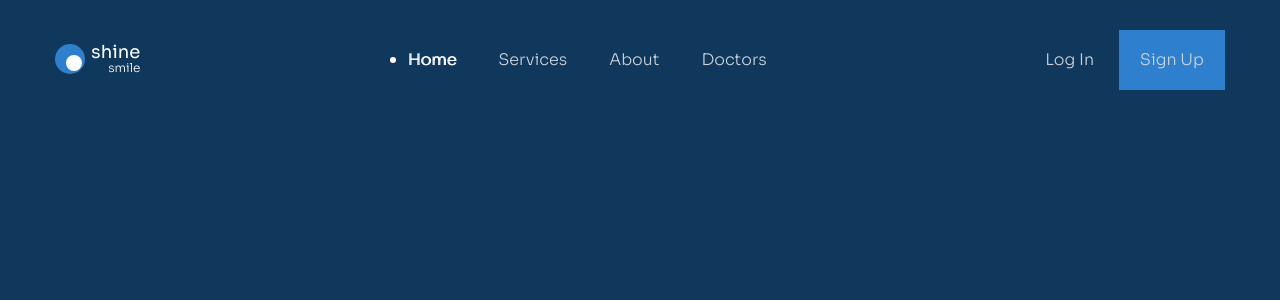
Repository: anhtien111198/f8-htmlcss-03
Page: index.html
An editor plug-in stored every save of this project. The page is shown before and after the next save, followed by the edit.
The browser window is 1280 px wide. The pictures show the whole page.

Above is the page before, as saved 2023-05-12 10:30:21.

### index.html
<!DOCTYPE html>
<html lang="en">
    <head>
        <meta charset="UTF-8" />
        <meta http-equiv="X-UA-Compatible" content="IE=edge" />
        <meta name="viewport" content="width=device-width, initial-scale=1.0" />
        <title>shine smile</title>
        <!-- favicon -->
        <link
            rel="apple-touch-icon"
            sizes="57x57"
            href="./assets/favicon/apple-icon-57x57.png"
        />
        <link
            rel="apple-touch-icon"
            sizes="60x60"
            href="./assets/favicon/apple-icon-60x60.png"
        />
        <link
            rel="apple-touch-icon"
            sizes="72x72"
            href="./assets/favicon/apple-icon-72x72.png"
        />
        <link
            rel="apple-touch-icon"
            sizes="76x76"
            href="./assets/favicon/apple-icon-76x76.png"
        />
        <link
            rel="apple-touch-icon"
            sizes="114x114"
            href="./assets/favicon/apple-icon-114x114.png"
        />
        <link
            rel="apple-touch-icon"
            sizes="120x120"
            href="./assets/favicon/apple-icon-120x120.png"
        />
        <link
            rel="apple-touch-icon"
            sizes="144x144"
            href="./assets/favicon/apple-icon-144x144.png"
        />
        <link
            rel="apple-touch-icon"
            sizes="152x152"
            href="./assets/favicon/apple-icon-152x152.png"
        />
        <link
            rel="apple-touch-icon"
            sizes="180x180"
            href="./assets/favicon/apple-icon-180x180.png"
        />
        <link
            rel="icon"
            type="image/png"
            sizes="192x192"
            href="./assets/favicon/android-icon-192x192.png"
        />
        <link
            rel="icon"
            type="image/png"
            sizes="32x32"
            href="./assets/favicon/favicon-32x32.png"
        />
        <link
            rel="icon"
            type="image/png"
            sizes="96x96"
            href="./assets/favicon/favicon-96x96.png"
        />
        <link
            rel="icon"
            type="image/png"
            sizes="16x16"
            href="./assets/favicon/favicon-16x16.png"
        />
        <link rel="manifest" href="./assets/favicon/manifest.json" />
        <meta name="msapplication-TileColor" content="#ffffff" />
        <meta
            name="msapplication-TileImage"
            content="./assets/favicon/ms-icon-144x144.png"
        />
        <meta name="theme-color" content="#ffffff" />
        <!-- font -->
        <link rel="preconnect" href="https://fonts.googleapis.com" />
        <link rel="preconnect" href="https://fonts.gstatic.com" crossorigin />
        <link
            href="https://fonts.googleapis.com/css2?family=Sora:wght@200;300;400;500;600;700;800&display=swap"
            rel="stylesheet"
        />
        <!-- reset css -->
        <link rel="stylesheet" href="./assets/css/reset.css" />
        <!-- style css -->
        <link rel="stylesheet" href="./assets/css/style.css" />
    </head>
    <body>
        <header class="header">
            <div class="container">
                <div class="header-top">
                    <!-- logo -->
                    <a href="/">
                        <div class="logo">
                            <span class="logo__circle"></span>
                            <span class="logo__text">
                                <span class="logo__brand">shine</span>
                                <span class="logo__brand logo__brand--small">
                                    smile
                                </span>
                            </span>
                        </div>
                    </a>
                    <!-- navbar -->
                    <nav class="navbar">
                        <ul class="navbar__list">
                            <li class="navbar__item">
                                <a
                                    href="#!"
                                    class="navbar__link navbar__link--active"
                                >
                                    Home
                                </a>
                            </li>
                            <li class="navbar__item">
                                <a href="#!" class="navbar__link">Services</a>
                            </li>
                            <li class="navbar__item">
                                <a href="#!" class="navbar__link">About</a>
                            </li>
                            <li class="navbar__item">
                                <a href="#!" class="navbar__link">Doctors</a>
                            </li>
                        </ul>
                    </nav>
                    <!-- action -->
                    <div class="action">
                        <a href="#!" class="action__btn">Log In</a>
                        <a href="#!" class="btn action__btn">Sign Up</a>
                    </div>
                </div>
            </div>
        </header>
    </body>
</html>

### assets/css/style.css
* {
    box-sizing: border-box;
}
:root {
    --header-bg: #10375c;
}
html {
    font-size: 62.5%;
}
body {
    font-size: 1.6rem;
    font-family: "Sora", sans-serif;
}
/* ======Common========= */
a {
    text-decoration: none;
}
.container {
    width: 1170px;
    max-width: calc(100% - 48px);
    margin: 0 auto;
}
.btn {
    display: inline-block;
    height: 60px;
    padding: 0 20px;
    border-radius: 999;
    line-height: 52px;
    color: #fff;
    background: #2e80ce;
}
/* ========header============= */
.header {
    min-height: 100vh;
    padding-top: 30px;
    background: var(--header-bg);
}
.logo {
    position: relative;
    display: inline-flex;
    font-size: 1rem;
}
.logo__circle::after,
.logo__circle::before {
    content: "";
    display: inline-block;
    border-radius: 50%;
}
.logo__circle::before {
    width: 3em;
    height: 3em;
    background: #2e80ce;
}
.logo__circle::after {
    position: absolute;
    top: 1.1em;
    left: 1.1em;
    width: 1.6em;
    height: 1.6em;
    background: #ffffff;
}
.logo__text {
    margin-left: 0.6em;
    text-align: right;
    line-height: 1.6em;
}
.logo__brand {
    display: block;
    font-size: 1.8em;
    font-weight: 400;
    color: #ffffff;
}
.logo__brand--small {
    font-size: 1.2em;
    font-weight: 300;
}
/* ========Header top========== */
.header-top {
    display: flex;
    align-items: center;
    justify-content: space-between;
}
.navbar__list {
    display: flex;
}
.action__btn,
.navbar__link {
    padding: 4px 21px;
    font-weight: 300;
    font-size: 1.6rem;
    color: #c9d2da;
}
.navbar__link:hover,
.navbar__link--active {
    color: #fff;
    text-shadow: 1px 0 0 currentColor;
}
.navbar__link--active::before {
    position: relative;
    top: -2px;
    left: -8px;
    content: "";
    display: inline-block;
    width: 6px;
    height: 6px;
    border-radius: 50%;
    background: #fff;
}

Loaded but not shown: assets/css/reset.css (common file)

After the next save:
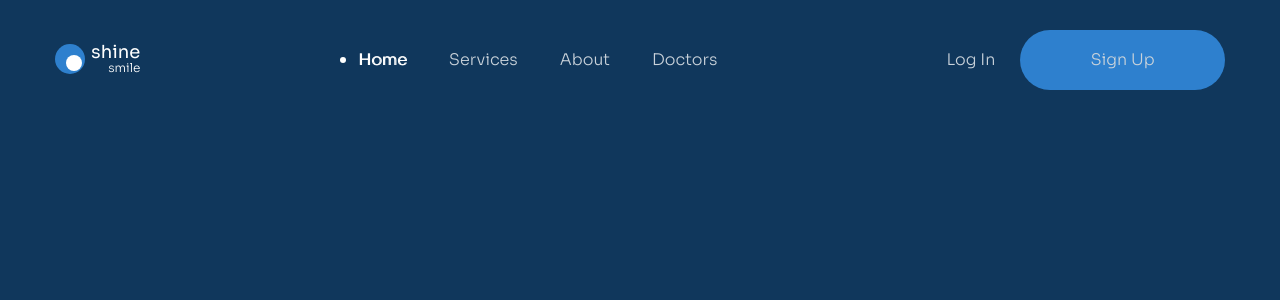
Saved 66 s later.
--- a/assets/css/style.css
+++ b/assets/css/style.css
@@ -22,11 +22,15 @@ a {
 }
 .btn {
     display: inline-block;
+    min-width: 205px;
     height: 60px;
     padding: 0 20px;
-    border-radius: 999;
+    border-radius: 99px;
+    font-size: 1.6rem;
+    font-weight: 400;
     line-height: 52px;
     color: #fff;
+    text-align: center;
     background: #2e80ce;
 }
 /* ========header============= */
